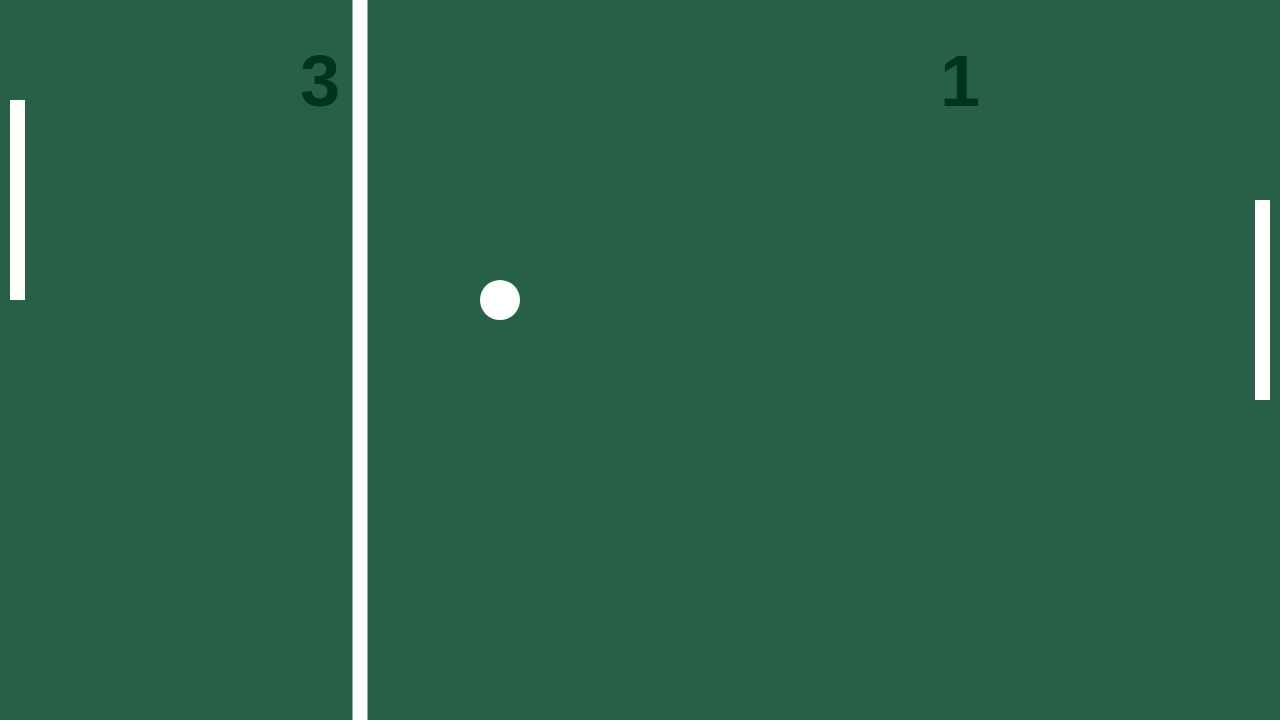
Repository: carlosrobertofigueiredo/Projeto-Ping-Pong
Page: index.html
These files come from the project's save history. The page is drawn as it stood at one moment and after the next save; the edit follows.
The browser window is 1280 px wide. The pictures show the whole page.

Above is the page before, as saved 2023-05-01 12:51:00.

### index.html
<!DOCTYPE html>
<html lang="en">
  <head>
    <meta charset="UTF-8" />
    <meta http-equiv="X-UA-Compatible" content="IE=edge" />
    <meta name="viewport" content="width=device-width, initial-scale=1.0" />
    <title>Jogo Ping-Pong</title>
    <style>
      * {
        overflow: hidden;
        margin: 0;
        padding: 0;
      }
    </style>
  </head>
  <body>
    <canvas></canvas>
    <script>
      //Captura o elemento canvas do DOM
      const canvasEl = document.querySelector("canvas"),
        canvasCtx = canvasEl.getContext("2d")


      const field = {
        w: window.innerWidth,
        h: window.innerHeight,
        draw: function () {
          canvasCtx.fillStyle = "#286047" //fillStyle define o estilo para desenhar o objeto
          canvasCtx.fillRect(0, 0, window.innerWidth, window.innerHeight) //fillRect define as medidas do retângulo
        },
      }
      /*Função p/ definir altura e largura do campo*/
      function setup() {
        canvasEl.width = canvasCtx.width = window.innerWidth  //field.w
        canvasEl.height = canvasCtx.height = window.innerHeight  //field.h
      }

      /* Função de desenho dos elementos do campo*/
      function draw() {
        field.draw()

        const lineWidth = 15

        canvasCtx.fillStyle = "#ffffff"

        // desenha linha central
        /*canvasCtx.fillRect(
          window.innerWidth / 2 - lineWidth / 2,
          0,
          lineWidth,
          window.innerHeight
        ) */

        const x = window.innerHeight / 2 - lineWidth / 2 //largura do campo dividido por dois e a largura divida por dois, caso queira mudar a espessura da linha no futuro fica mais fácil para centralizar a linha
        const y = 0 // onde começa a linha
        const w = lineWidth  //largura é a própria linha
        const h = window.innerHeight

        canvasCtx.fillRect(x,y,w,h)

        // desenha a raquete esquerda
        canvasCtx.fillRect(10, 100, lineWidth, 200)

        // desenha a raquete direita
        canvasCtx.fillRect(
          window.innerWidth - lineWidth - 10,
          200,
          lineWidth,
          200
        )

        // desenha a bolinha
        canvasCtx.beginPath()
        canvasCtx.arc(500, 300, 20, 0, 2 * Math.PI, false)
        canvasCtx.fill()

        // desenha o placar
        canvasCtx.font = "bold 72px Arial"
        canvasCtx.textAlign = "center"
        canvasCtx.textBaseline = "top"
        canvasCtx.fillStyle = "#01341D"
        canvasCtx.fillText("3", window.innerWidth / 4, 50)
        canvasCtx.fillText(
          "1",
          window.innerWidth / 4 + window.innerWidth / 2,
          50
        )
      }

      setup()
      draw()
    </script>
  </body>
</html>

After the next save:
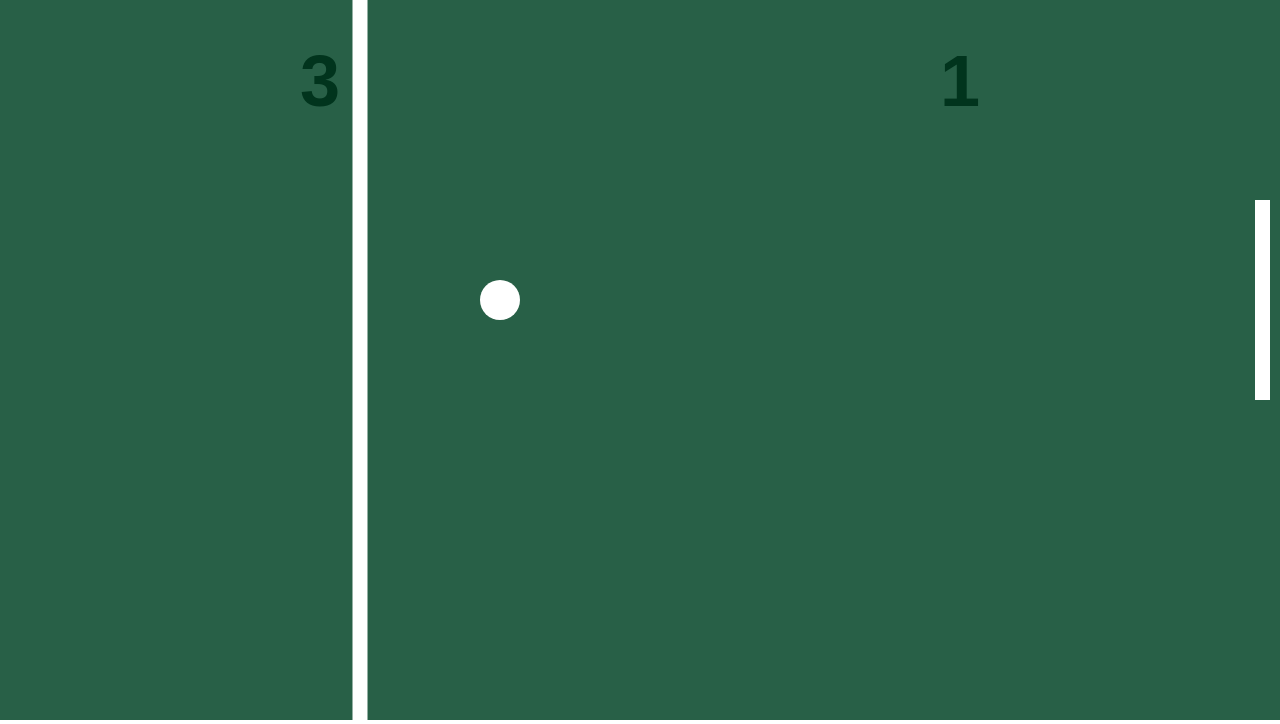
Saved 53 s later.
--- a/index.html
+++ b/index.html
@@ -59,7 +59,7 @@
         canvasCtx.fillRect(x,y,w,h)
 
         // desenha a raquete esquerda
-        canvasCtx.fillRect(10, 100, lineWidth, 200)
+        //canvasCtx.fillRect(10, 100, lineWidth, 200)
 
         // desenha a raquete direita
         canvasCtx.fillRect(

After the save that followed:
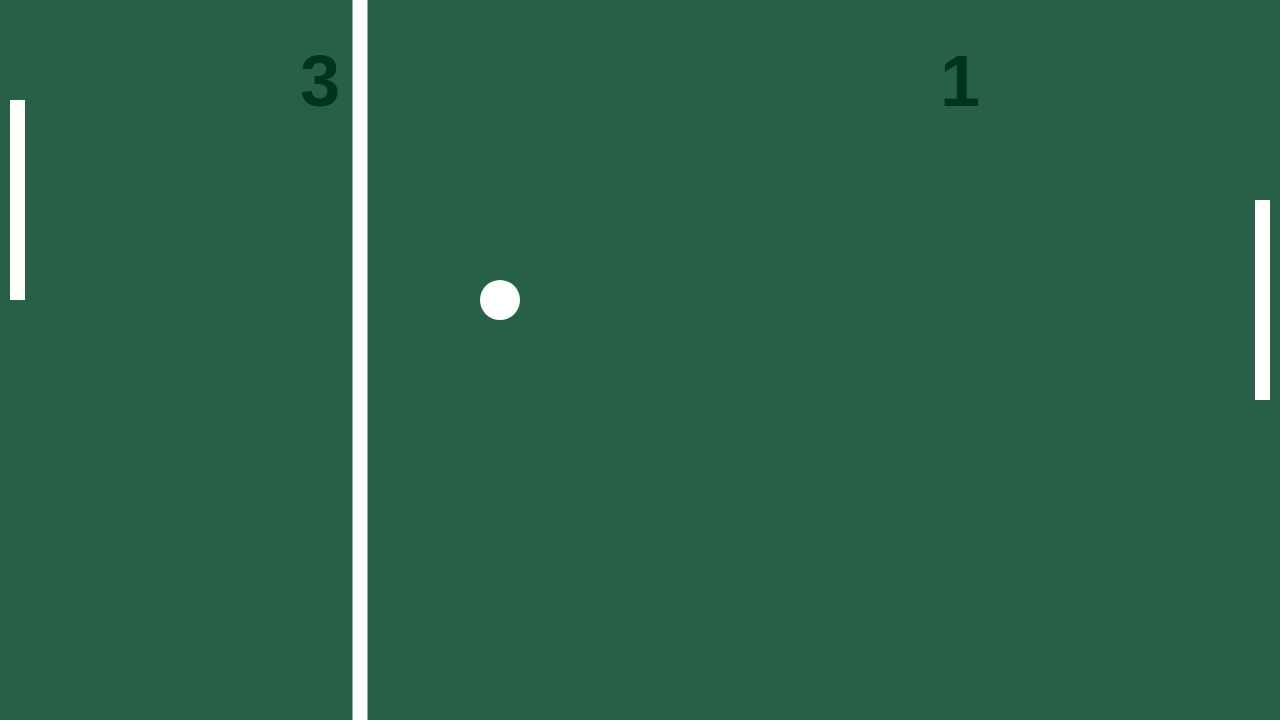
Saved 10 s later.
--- a/index.html
+++ b/index.html
@@ -59,7 +59,7 @@
         canvasCtx.fillRect(x,y,w,h)
 
         // desenha a raquete esquerda
-        //canvasCtx.fillRect(10, 100, lineWidth, 200)
+        canvasCtx.fillRect(10, 100, lineWidth, 200)
 
         // desenha a raquete direita
         canvasCtx.fillRect(
